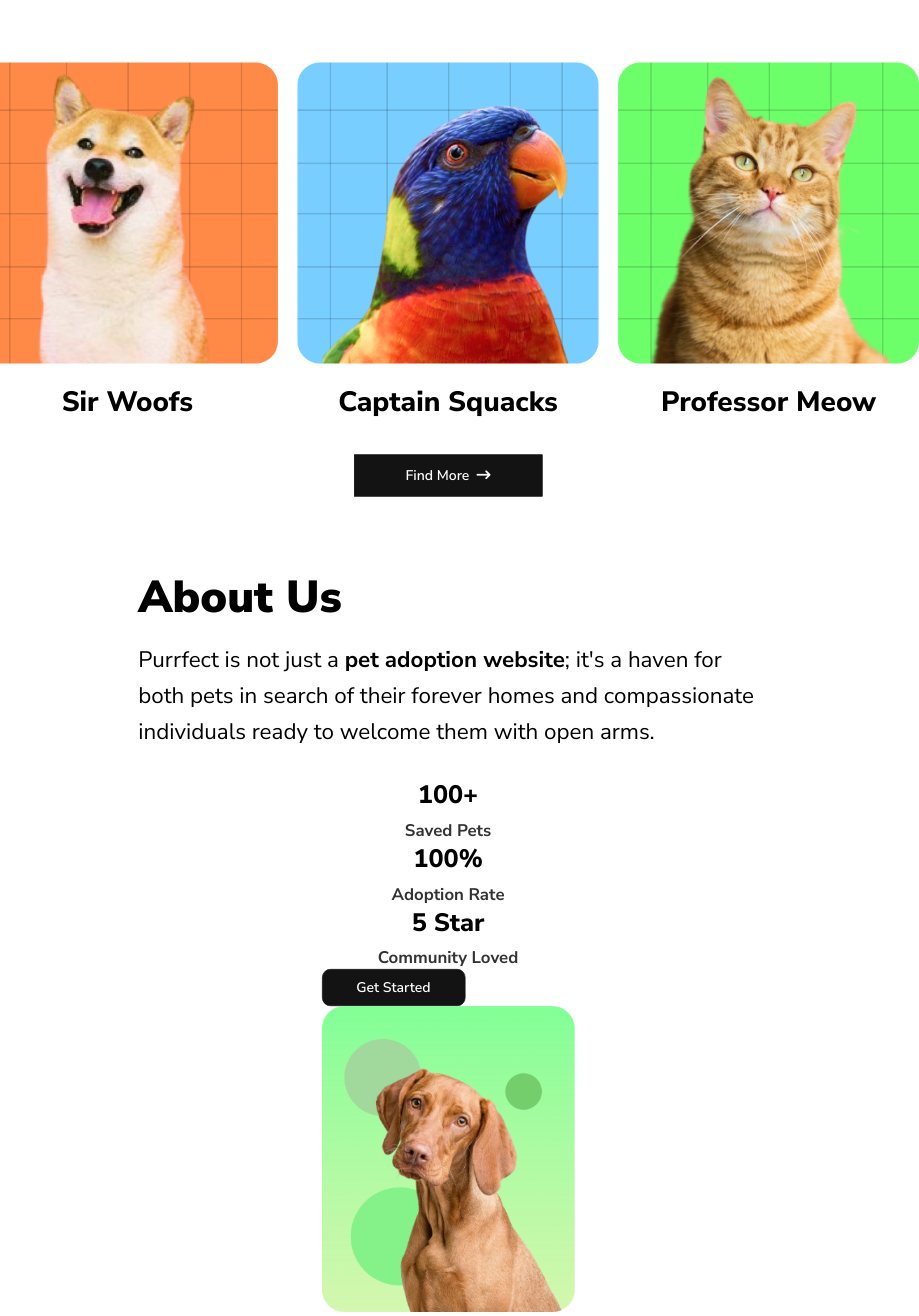
Repository: prashidika/purrfect-pet-adoption
Page: index.html
These files come from the project's save history. The page is drawn as it stood at one moment and after the next save; the edit follows.
The browser window is 1280 px wide. The page is 1313 px wide, so the pictures cover 1313 px, including what lies to the right of the window. The pictures show the part of the page from y = 1996 to 3876 px (the page is 3876 px tall before and 3544 px after), at 70% of full size.
Some web libraries are served in a nearby version.

Above is the page before, as saved 2025-08-25 15:34:40.

### index.html
<!DOCTYPE html>
<html lang="en">

<head>
    <meta charset="UTF-8" />
    <!-- Use for responsiveness -->
    <meta name="viewport" content="width=device-width, initial-scale=1.0" />
    <!-- link To CSS -->
    <link rel="stylesheet" href="style.css" />
    <!-- link To JS -->
    <script src="index.js" defer></script>
    <!-- For Scroll Reveal -->
    <script src="https://unpkg.com/scrollreveal"></script>
    <!-- For Icons -->
    <link rel="stylesheet" href="https://cdnjs.cloudflare.com/ajax/libs/font-awesome/6.5.2/css/all.min.css"
        integrity="sha512-SnH5WK+bZxgPHs44uWIX+LLJAJ9/2PkPKZ5QiAj6Ta86w+fsb2TkcmfRyVX3pBnMFcV7oQPJkl9QevSCWr3W6A=="
        crossorigin="anonymous" referrerpolicy="no-referrer" />
    <!-- Link For Gsap -->
    <script src="https://cdnjs.cloudflare.com/ajax/libs/gsap/3.12.5/gsap.min.js"
        integrity="sha512-7eHRwcbYkK4d9g/6tD/mhkf++eoTHwpNM9woBxtPUBWm67zeAfFC+HrdoE2GanKeocly/VxeLvIqwvCdk7qScg=="
        crossorigin="anonymous" referrerpolicy="no-referrer"></script>
    <!-- Link For Gsap - Scroll Trigger -->
    <script src="https://cdnjs.cloudflare.com/ajax/libs/gsap/3.12.5/ScrollTrigger.min.js"
        integrity="sha512-onMTRKJBKz8M1TnqqDuGBlowlH0ohFzMXYRNebz+yOcc5TQr/zAKsthzhuv0hiyUKEiQEQXEynnXCvNTOk50dg=="
        crossorigin="anonymous" referrerpolicy="no-referrer"></script>
    <!-- Link For Lenis - Smooth Scrolling -->
    <script src="https://unpkg.com/@studio-freight/lenis@1.0.42/dist/lenis.min.js"></script>
    <!-- Link For Split Type -->
    <script src="https://cdn.jsdelivr.net/npm/split-type@0.3.4/umd/index.min.js"></script>

    <title>Purrfect | Pet Adoption</title>
</head>

<body></body>

</html>

<!-- Navbar -->
<nav>
    <a href="index.html" class="brand">
        <h1>Purr<b class="accent">fect</b></h1>
    </a>

    <div class="menu">
        <div class="btn">
            <i class="fas fa-times close-btn" aria-label="Close menu"></i>
        </div>
        <a href="index.html">Home</a>
        <a href="index.html#pets">Pets</a>
        <a href="index.html#requirements">Requirements</a>
        <a href="index.html#about">About</a>
        <a href="index.html#stories">Stories</a>
    </div>

    <button class="btn-2" onclick="window.location.href='contact.html'">
        <p>Contact Us</p>
        <i class="fa-solid fa-circle-arrow-right"></i>
    </button>

    <div class="btn">
        <i class="fas fa-bars menu-btn" aria-label="Open menu"></i>
    </div>
</nav>
<!-- Navbar End ---->

<!-- Hero Page Section -->
<section class="heropage">
    <div class="hero-headlines">
        <h1>Find Your Purrfect Pet Soul Today!</h1>
        <p>
            Discover Your Perfect Companion in Our Selection of Loving Pets
            Available for Adoption.

        </p>
        <div class="hero-headlines-buttons">
            <button class="btn-3">Our Pets</button>
            <button class="btn-3 btn-transparent">Contact Us</button>
        </div>
    </div>
    <div class="hero-images">
        <img src="img/hero-img-1.png" alt="img" />
        <img src="img/hero-img-2.png" alt="img" />
        <img src="img/hero-img-3.png" alt="img" />
    </div>
</section>

<!-- Hero Page Section End -->

<!-- Requirement Section -->

<section class="requirements" id="requirements">
    <div class="requirements-headlines">
        <p>Our process is simple and filled with joy every step of the way</p>

        <div class="r-item-container">
            <!-- r item 1 -->
            <div class="r-item">
                <div class="r-logo" style="background-color: #b9ff46">
                    <i class="fa-regular fa-newspaper"></i>
                </div>
                <h5>Submitting an application</h5>
            </div>
            <!-- r item 2 -->
            <div class="r-item">
                <div class="r-logo" style="background-color: #fff846">
                    <i class="fa-solid fa-phone"></i>
                </div>
                <h5>Attending a online interview</h5>
            </div>

            <!-- r item 3 -->
            <div class="r-item">
                <div class="r-logo" style="background-color: #ff8846">
                    <i class="fa-solid fa-paw"></i>
                </div>
                <h5>Meeting the pet in person</h5>
            </div>

            <!-- r item 4 -->
            <div class="r-item">
                <div class="r-logo" style="background-color: #46c7ff">
                    <i class="fa-regular fa-file-zipper"></i>
                </div>
                <h5>Signing an adoption agreement</h5>
            </div>

            <!-- r item 5 -->
            <div class="r-item">
                <div class="r-logo" style="background-color: #4fffca">
                    <i class="fa-solid fa-handshake"></i>
                </div>
                <h5>Congratulations on finding a match</h5>
            </div>
        </div>
    </div>
    <img src="img/requirements-img.png" alt="img" />
</section>
<!-- Requirement Section End -->


<!-- Pets Section -->
<!-- Pets Section -->
<section class="pets" id="pets">
    <div class="pets-headlines">
        <i class="fa-solid fa-paw"></i>
        <h1>Meet Your Soul Pets</h1>
    </div>

    <div class="pets-collection">
        <div class="pet-item">
            <img src="img/pet-item-1.png" alt="Sir Woofs" />
            <h3>Sir Woofs</h3>
        </div>
        <div class="pet-item">
            <img src="img/pet-item-2.png" alt="Sir Woofs" />
            <h3>Captain Squacks</h3>
        </div>
        <div class="pet-item">
            <img src="img/pet-item-3.png" alt="Sir Woofs" />
            <h3>Professor Meow</h3>
        </div>
    </div>
    </div>

    <button class="btn-3 btn-pets">
        <p>Find More</p>
        <i class="fa-solid fa-arrow-right-long"></i>
    </button>
</section>
</section>
<!-- Pets Section End -->

<!-- About Section -->


<div class="about" id="about">
    <div class="about-headlines">
        <h1>About Us</h1>
        <p class="reveal-type" data-bg-color="#cccccc" data-fg-color="black">
            Purrfect is not just a <b>pet adoption website</b>; it's a haven for both
            pets in search of their forever homes and compassionate individuals ready
            to welcome them with open arms.
        </p>
    </div>

    <div class="about-info-divider">
        <div class="about-info-item">
            <h5>100+</h5>
            <h6>Saved Pets</h6>
        </div>
        <div class="about-info-divider">
            <div class="about-info-item">
                <h5>100%</h5>
                <h6>Adoption Rate</h6>
            </div>
            <div class="about-info-divider">
                <div class="about-info-item">
                    <h5>5 Star</h5>
                    <h6>Community Loved</h6>
                </div>
                <button class="btn-3">Get Started</button>
            </div>

            <img src="img/about-img.png" alt="img" />

        </div>
        <!-- About Section End -->



        </body>

        </html>

### style.css
@import url("https://fonts.googleapis.com/css2?family=Nunito+Sans:ital,opsz,wght@0,6..12,200..1000;1,6..12,200..1000&display=swap");

* {
    margin: 0;
    padding: 0;
    box-sizing: border-box;
    font-family: "Nunito Sans", sans-serif;
}

:root {
    --accent: #ff9a24;
    --black: #131313;
}

body {
    min-height: 100vh;
}

section {
    min-width: 100%;
    min-height: 100vh;
    background-repeat: no-repeat;
    background-position: center;
    background-size: cover;
}

/* Navbar Section */
nav {
    z-index: 999;
    position: fixed;
    top: 0;
    left: 0;
    width: 100%;
    /* Added % */
    display: flex;
    justify-content: space-between;
    align-items: center;
    /* Fixed typo: 'centre' → 'center' */
    color: var(--black);
    background-color: white;
    padding: 30px 50px;
    transition: all 0.4s ease-out;
    filter: drop-shadow(5px 5px 10px transparent);
}

nav.sticky {
    background-color: white;
    filter: drop-shadow(5px 5px 10px #ffbe745e);
}

.brand {
    text-decoration: none;
    transition: all ease-in-out 0.3s;
    color: var(--black);
}

.brand h1 {
    font-size: 32px;
    font-weight: 900;
}

.accent {
    color: var(--accent);
}

.brand:hover {
    /* Fixed typo: 'brand.hover' → 'brand:hover' */
    opacity: 0.8;
}

.menu {
    display: flex;
    justify-content: center;
    /* Fixed typo: 'centre' → 'center' */
    align-items: center;
    gap: 42px;
}

.menu a {
    display: inline-block;
    position: relative;
    color: var(--black);
    text-decoration: none;
    font-size: 24px;
    font-weight: 400;
    border-radius: 32px;
    background-color: white;
    padding: 10px;
    transition: all 0.2s ease-out;
}

.menu a:hover {
    background-color: var(--accent);
    color: white;
}

.btn {
    color: white;
    font-size: 25px;
    cursor: pointer;
    display: none;
}

.btn-2 {
    display: flex;
    align-items: center;
    /* Fixed typo: 'centre' → 'center' */
    gap: 14px;
    font-size: 24px;
    font-weight: 500;
    color: var(--black);
    transition: all ease-in-out 0.2s;
    background-color: transparent;
    border: none;
    cursor: pointer;
}

.btn-2 i {
    font-size: 32px;
    transition: all 0.2s ease-out;
}

/* Fixed typo: '.btn2:hover i' → '.btn-2:hover i' */
.btn-2:hover i {
    color: var(--accent);
}

.btn-2:hover {
    gap: 10px;
}

/* ----------------- Hero Section ----------------- */
.heropage {
    margin-top: 150px;
    display: flex;
    flex-direction: column;
    align-items: center;
    background-image: url("img/hero-background-image.png");
    background-size: cover;
    background-position: center;
    padding: 100px 20px;
}

.hero-headlines {
    display: flex;
    flex-direction: column;
    align-items: center;
    width: 750px;
    text-align: center;
}

.hero-headlines h1 {
    font-size: 64px;
    font-weight: 900;
    margin-bottom: 20px;
    color: var(--black);
}

.hero-headlines p {
    font-size: 24px;
    font-weight: 600;
    margin-bottom: 40px;
    color: var(--black);
}

/* Hero Buttons */
.hero-headlines-buttons {
    display: flex;
    gap: 20px;
    flex-wrap: wrap;
}

.btn-3 {
    width: 205px;
    height: 53px;
    background-color: var(--black);
    font-size: 20px;
    font-weight: 600;
    color: white;
    border-radius: 12px;
    border: 1px solid var(--black);
    cursor: pointer;
    transition: all 0.2s ease-out;
}

.btn-3:hover {
    background-color: var(--accent);
    border-color: var(--accent);
}

/* Transparent Button */
.btn-transparent {
    background-color: transparent;
    color: var(--black);
    border: 1px solid var(--black);
}

.btn-transparent:hover {
    background-color: var(--accent);
    color: white;
    border-color: var(--accent);
}

/* Hero Images */
.hero-images {
    display: flex;
    margin-top: 56px;
    gap: 35px;
}

/* Requirements Section */
.requirements {
    margin-top: 50px;
    align-items: center;
    justify-content: center;
    display: flex;
    background-image: url("img/requirements-background-img.png");
}

.requirements-headlines {
    width: 658px;
}

.requirements-headlines h1 {
    font-size: 96px;
    font-weight: 900;
}

.requirements-headlines p {
    font-size: 32px;
    font-weight: 600;
    margin-bottom: 49px;
}

.r-item-container {
    display: flex;
    flex-direction: column;
    gap: 18px;
}

.r-item {
    display: flex;
    align-items: center;
    gap: 18px;
}

.r-logo {
    width: 50px;
    height: 50px;
    border: 1px solid var(--black);
    border-radius: 100%;
    display: flex;
    align-items: center;
    justify-content: center;
}

.r-logo i {
    font-size: 28px;
}

.r-item h5 {
    font-size: 32px;
    font-weight: 600;
}

/* Pets Section */
.pets {
    display: flex;
    flex-direction: column;
    align-items: center;
    margin-top: 74px;
}

.pets-headlines {
    display: flex;
    justify-content: center;
    align-items: center;
    gap: 24px;
}

.pets-headlines i {
    font-size: 56px;
    color: #7291ff;
}

.pets-headlines h1 {
    font-size: 64px;
    font-weight: 800;
}

.pets-collection {
    display: flex;
    gap: 28px;
    margin-top: 74px;
}

.pet-item {
    display: flex;
    flex-direction: column;
    align-items: center;
    gap: 28px;
    transition: 0.5s ease-out;
}

.pet-item h3 {
    font-size: 40px;
    font-weight: 800;
}

.btn-pets {
    width: 269px;
    height: 60px;
    /* added px */
    display: flex;
    align-items: center;
    justify-content: center;
    gap: 10px;
    border-radius: 0px;
    margin-top: 48px;
}

/* About Section */
.about {
    display: flex;
    align-items: center;
    justify-content: center;
    gap: 40px;
    margin-top: 100px;
    padding: 0 50px;
    flex-wrap: wrap;
    /* makes it responsive */
}

.about-headlines {
    display: flex;
    flex-direction: column;
    width: 885px;
}

.about-headlines h1 {
    font-size: 64px;
    font-weight: 900;
    margin-bottom: 20px;
}

.about-headlines p {
    font-size: 32px;
    font-weight: 400;
    line-height: 1.6;
}

.about-info {
    display: flex;
    justify-content: center;
    gap: 76px;
    margin-top: 40px;
    flex-wrap: wrap;
}

.about-info-item {
    display: flex;
    flex-direction: column;
    align-items: center;
}

.about-info-item h5 {
    font-size: 36px;
    font-weight: 800;
    margin-bottom: 10px;
}

.about-info-item h6 {
    font-size: 24px;
    font-weight: 700;
    color: #333;
}

.about-headlines button {
    margin-top: 48px;
    padding: 12px 24px;
    background-color: #7291ff;
    color: white;
    border: none;
    border-radius: 8px;
    font-size: 16px;
    cursor: pointer;
    transition: background 0.3s;
}

.about-headlines button:hover {
    background-color: #5677e6;
}

### index.js
// NAVBAR
const navbar = document.querySelector("nav");

// Scroll effect
window.addEventListener("scroll", () =>
    navbar.classList.toggle("sticky", window.scrollY > 0)
);

// Menu toggle
const menu = document.querySelector(".menu");
const toggleMenu = () => menu.classList.toggle("active");

// Event listeners for open/close menu
document.querySelector(".menu-btn").addEventListener("click", toggleMenu);
document.querySelector(".close-btn").addEventListener("click", toggleMenu);

// Close menu when clicking a link
document
    .querySelectorAll(".menu a")
    .forEach((link) => link.addEventListener("click", toggleMenu));

After the next save:
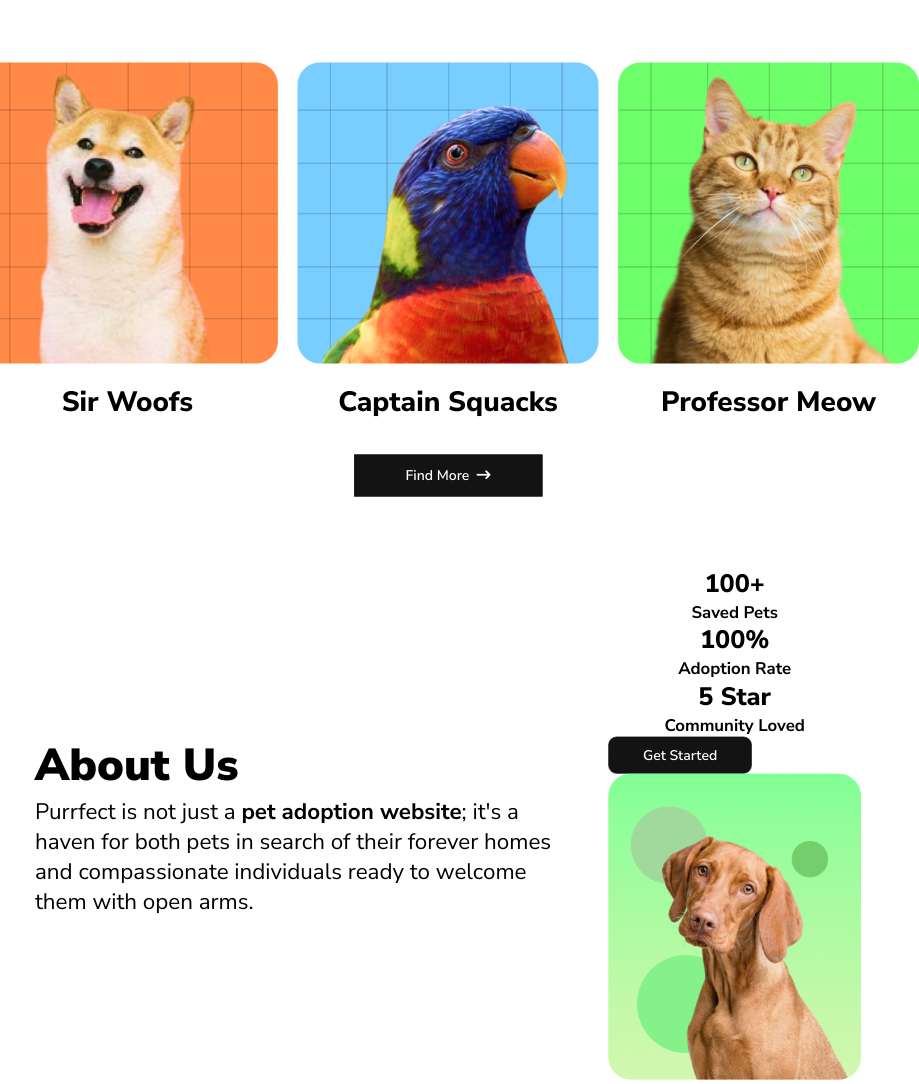
Saved 2 days later.
--- a/index.html
+++ b/index.html
@@ -198,16 +198,15 @@
                     <h5>5 Star</h5>
                     <h6>Community Loved</h6>
                 </div>
-                <button class="btn-3">Get Started</button>
-            </div>
-
-            <img src="img/about-img.png" alt="img" />
-
-        </div>
-        <!-- About Section End -->
-
-
-
-        </body>
-
-        </html>
+            </div>
+
+            <button class="btn-3">Get Started</button>
+        </div>
+
+        <img src="img/about-img.png" alt="img" />
+
+    </div>
+    <!-- About Section End -->
+    </body>
+
+    </html>
--- a/style.css
+++ b/style.css
@@ -327,7 +327,7 @@ nav.sticky {
     gap: 40px;
     margin-top: 100px;
     padding: 0 50px;
-    flex-wrap: wrap;
+
     /* makes it responsive */
 }
 
@@ -340,21 +340,19 @@ nav.sticky {
 .about-headlines h1 {
     font-size: 64px;
     font-weight: 900;
-    margin-bottom: 20px;
 }
 
 .about-headlines p {
     font-size: 32px;
     font-weight: 400;
-    line-height: 1.6;
 }
 
 .about-info {
     display: flex;
+    margin-top: 20px;
     justify-content: center;
     gap: 76px;
     margin-top: 40px;
-    flex-wrap: wrap;
 }
 
 .about-info-item {
@@ -366,25 +364,15 @@ nav.sticky {
 .about-info-item h5 {
     font-size: 36px;
     font-weight: 800;
-    margin-bottom: 10px;
 }
 
 .about-info-item h6 {
     font-size: 24px;
     font-weight: 700;
-    color: #333;
 }
 
 .about-headlines button {
     margin-top: 48px;
-    padding: 12px 24px;
-    background-color: #7291ff;
-    color: white;
-    border: none;
-    border-radius: 8px;
-    font-size: 16px;
-    cursor: pointer;
-    transition: background 0.3s;
 }
 
 .about-headlines button:hover {
